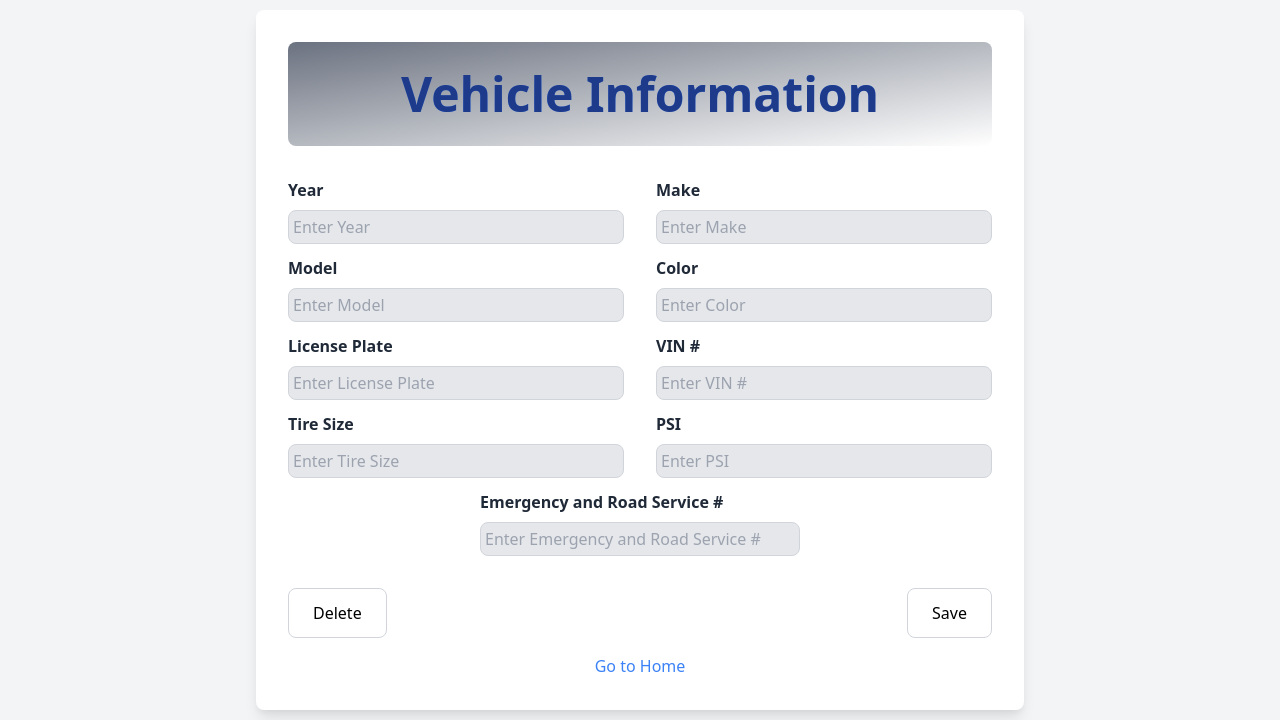
Repository: MercyB19/Russaw_Mercy_Adulting-101_Capstone
Page: Didyouknow.html
The author's editor kept a copy of each file at every save. The page is drawn from the files as they stood at one save, then again after the next save.
The browser window is 1280 px wide. The pictures show the whole page.
Some web fonts or font styles are not loaded; a fallback is used.

Above is the page before, as saved 2024-09-13 23:57:16.

### Didyouknow.html
<!DOCTYPE html>
<html lang="en">

<head>
  <meta charset="UTF-8">
  <meta name="viewport" content="width=device-width, initial-scale=1.0">
  <title>Vehicle Information</title>
  <link href="https://cdn.jsdelivr.net/npm/tailwindcss@2.2.19/dist/tailwind.min.css" rel="stylesheet">
  <link rel="stylesheet" href="https://fonts.googleapis.com/css2?family=Balsamiq+Sans:wght@400;700&display=swap">
  <link rel="stylesheet" href="https://fonts.googleapis.com/css2?family=Inter:wght@400;500;600&display=swap">
  <link rel="stylesheet" href="https://fonts.googleapis.com/css2?family=Poppins:wght@500;700&display=swap">
</head>

<body class="bg-gray-100 flex justify-center items-center min-h-screen">
  <div class="w-full max-w-screen-md bg-white rounded-lg shadow-lg p-8">
    <header class="bg-gradient-to-br from-gray-500 p-7 rounded-lg text-center mb-8">
      <div class="text-5xl font-bold text-blue-900 bg-gradient-to-tl from-gray-100 via-blue-500 to-gray-300 bg-clip-text text-transparent">
        Vehicle Information
      </div>
    </header>
    <form id="vehicleForm" class="w-full flex flex-col items-center">
      <div class="w-full flex flex-row justify-between gap-8 mb-3">
        <div class="flex flex-col w-full md:w-[calc(50%-16px)]">
          <label class="font-semibold text-gray-800 mb-2" for="year">Year</label>
          <input class="p-1 bg-gray-200 border border-gray-300 rounded-lg" type="text" id="year" placeholder="Enter Year">
        </div>
        <div class="flex flex-col w-full md:w-[calc(50%-16px)]">
          <label class="font-semibold text-gray-800 mb-2" for="make">Make</label>
          <input class="p-1 bg-gray-200 border border-gray-300 rounded-lg" type="text" id="make" placeholder="Enter Make">
        </div>
      </div>
      <div class="w-full flex flex-row justify-between gap-8 mb-3">
        <div class="flex flex-col w-full md:w-[calc(50%-16px)]">
          <label class="font-semibold text-gray-800 mb-2" for="model">Model</label>
          <input class="p-1 bg-gray-200 border border-gray-300 rounded-lg" type="text" id="model" placeholder="Enter Model">
        </div>
        <div class="flex flex-col w-full md:w-[calc(50%-16px)]">
          <label class="font-semibold text-gray-800 mb-2" for="color">Color</label>
          <input class=" p-1 bg-gray-200 border border-gray-300 rounded-lg" type="text" id="color" placeholder="Enter Color">
        </div>
      </div>
      <div class="w-full flex flex-row justify-between gap-8 mb-3">
        <div class="flex flex-col w-full md:w-[calc(50%-16px)]">
          <label class="font-semibold text-gray-800 mb-2" for="license-plate">License Plate</label>
          <input class=" p-1 bg-gray-200 border border-gray-300 rounded-lg" type="text" id="license-plate" placeholder="Enter License Plate">
        </div>
        <div class="flex flex-col w-full md:w-[calc(50%-16px)]">
          <label class="font-semibold text-gray-800 mb-2" for="vin">VIN #</label>
          <input class="p-1 bg-gray-200 border border-gray-300 rounded-lg" type="text" id="vin" placeholder="Enter VIN #">
        </div>
      </div>
      <div class="w-full flex flex-row justify-between gap-8 mb-3">
        <div class="flex flex-col w-full md:w-[calc(50%-16px)]">
          <label class="font-semibold text-gray-800 mb-2" for="tire-size">Tire Size</label>
          <input class="p-1 bg-gray-200 border border-gray-300 rounded-lg" type="text" id="tire-size" placeholder="Enter Tire Size">
        </div>
        <div class="flex flex-col w-full md:w-[calc(50%-16px)]">
          <label class="font-semibold text-gray-800 mb-2" for="psi">PSI</label>
          <input class="p-1 bg-gray-200 border border-gray-300 rounded-lg" type="text" id="psi" placeholder="Enter PSI">
        </div>
      </div>
      <div class="w-80 flex flex-col mb-8">
        <label class="font-semibold text-gray-800 mb-2" for="emergency">Emergency and Road Service #</label>
        <input class="p-1 bg-gray-200 border border-gray-300 rounded-lg" type="text" id="emergency" placeholder="Enter Emergency and Road Service #">
      </div>
      <div class="w-full flex justify-between gap-4">
        <button type="button" id="deleteButton" class="py-3 px-6 bg-white border border-gray-300 rounded-lg hover:bg-gray-100">Delete</button>
        <button type="button" id="saveButton" class="py-3 px-6 bg-white border border-gray-300 rounded-lg hover:bg-gray-100">Save</button>
      </div>
      <div id="saveMessage" class="text-green-500 mt-4 hidden">Form Saved</div>
      <div class="text-center mt-4">
        <a href="page2.html" class="text-blue-500 hover:underline">Go to Home</a>
      </div>
    </form>
  </div>

  <script>
    document.getElementById("saveButton").addEventListener("click", () => {
      const saveMessage = document.getElementById("saveMessage");
      saveMessage.classList.remove("hidden");
      setTimeout(() => {
        saveMessage.classList.add("hidden");
      }, 3000);
    });

    document.getElementById("deleteButton").addEventListener("click", () => {
      document.getElementById("vehicleForm").reset();
    });
  </script>
</body>

</html>

After the next save:
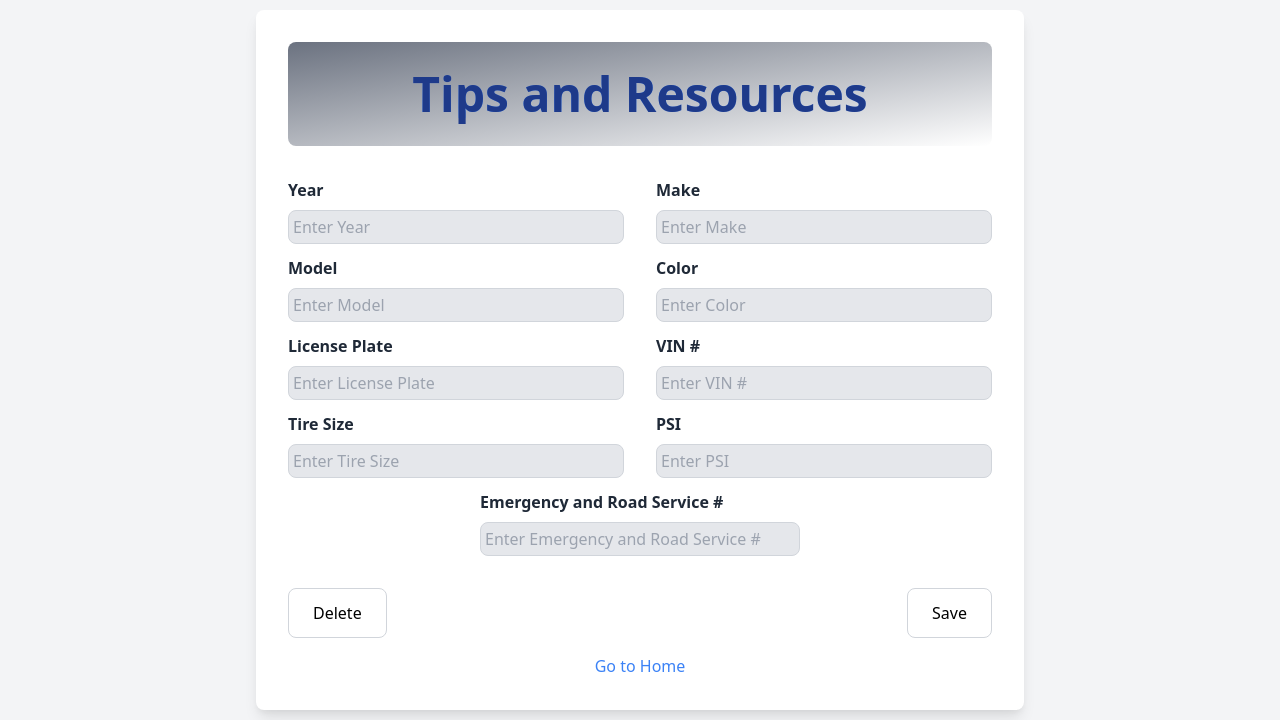
Saved 5 min 56 s later.
--- a/Didyouknow.html
+++ b/Didyouknow.html
@@ -15,10 +15,10 @@
   <div class="w-full max-w-screen-md bg-white rounded-lg shadow-lg p-8">
     <header class="bg-gradient-to-br from-gray-500 p-7 rounded-lg text-center mb-8">
       <div class="text-5xl font-bold text-blue-900 bg-gradient-to-tl from-gray-100 via-blue-500 to-gray-300 bg-clip-text text-transparent">
-        Vehicle Information
+        Tips and Resources
       </div>
     </header>
-    <form id="vehicleForm" class="w-full flex flex-col items-center">
+    <form id="tipsandResourcesform" class="w-full flex flex-col items-center">
       <div class="w-full flex flex-row justify-between gap-8 mb-3">
         <div class="flex flex-col w-full md:w-[calc(50%-16px)]">
           <label class="font-semibold text-gray-800 mb-2" for="year">Year</label>
